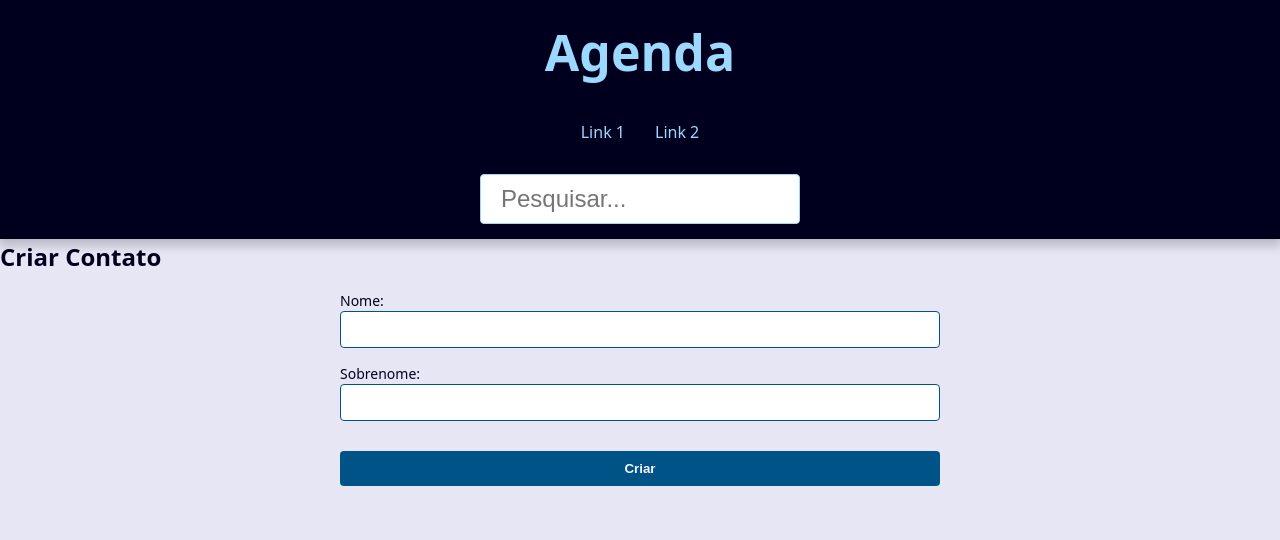
Repository: Anajuliabm248/Agenda
Page: http://localhost/contact/create/
These files come from the project's save history. The page is drawn as it stood at one moment and after a run of saves; the edit follows.
The browser window is 1280 px wide. The pictures show the whole page.
The page is served by the project's application, run on Django 5.2 (manage.py).

Above is the page before, as saved 2026-05-03 15:23:41.

After the next 3 saves:
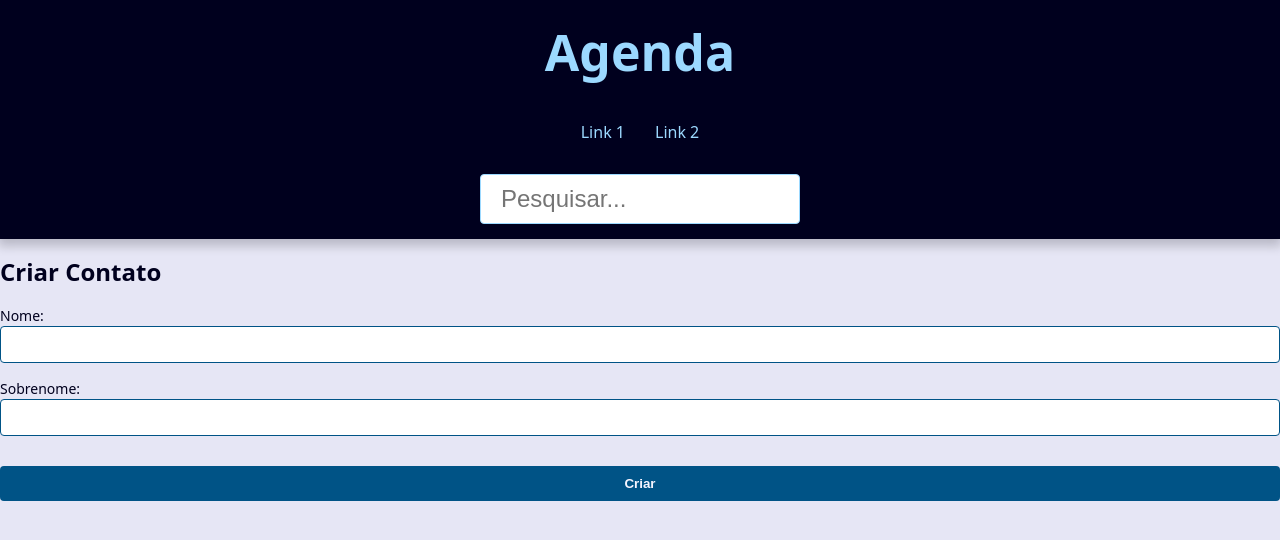
The 3 saves are shown as one change because they came seconds apart.
The last was saved 12 s later.
--- a/contact/templates/contact/create.html
+++ b/contact/templates/contact/create.html
@@ -1,9 +1,10 @@
 {% extends "global/base.html" %}
 
 {% block content %}
-<h2>Criar Contato</h2>
 
-<div class="form-wrapper">
+<div class="form-wrapper"></div>
+    <h2>Criar Contato</h2>
+
     <!-- enctype serve para indicar que o formulário pode enviar arquivos, como imagens ou documentos. -->
     <form action="{% url 'contact:create' %}" method="POST" enctype="multipart/form-data">
         <!-- proteção contra ataques CSRF (Cross-Site Request Forgery) -->
